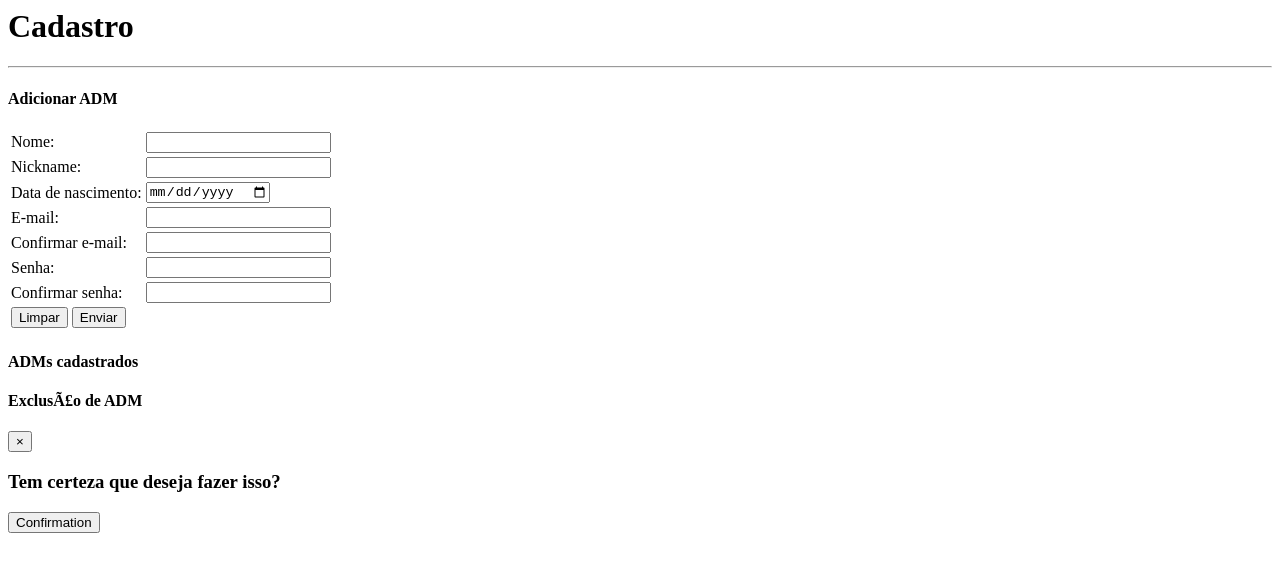
Repository: cavrau/workspaceTbog
Page: the Battle for Gondria/WebContent/system/admin/cadastro.html
The author's editor kept a copy of each file at every save. The page is drawn from the files as they stood at one save, then again after the next save.
The browser window is 1280 px wide. The pictures show the whole page.

Above is the page before, as saved 2018-08-18 17:07:38.

### the Battle for Gondria/WebContent/system/admin/cadastro.html
<h1 class="h1_content">Cadastro</h1>
<hr id="hr_cadastro">
<div>

	<div id="form_content">

		<h4 class="h4_form">Adicionar ADM</h4>

		<form action="post" id="cadastraForm">
			<table id="table_form">
				<tbody>

					<tr>
						<td><label for="txt_nome">Nome:</label></td>
						<td  data-toggle="popover" data-content="Insira o nome"
							data-trigger="focus" ><input type="text" name="txt_nome" id="nome"
							minlength="6" maxlength="45" value=""></td>
					</tr>

					<tr>
						<td><label for="txt_nick">Nickname:</label></td>
						<td><input data-toggle="popover"
							data-content="Insira o nickname" data-trigger="focus" type="text"
							name="txt_nick" id="nickname" minlength="6" maxlength="16"
							value=""></td>
					</tr>

					<tr>
						<td><label for="date_nascimento">Data de nascimento:</label>
						</td>
						<td><input data-toggle="popover"
							data-content="Insira a data de nascimento" data-trigger="focus"
							type="date" value="" name="date_nascimento" id="nascimento">
						</td>
					</tr>

					<tr>
						<td><label>E-mail:</label></td>
						<td><input data-toggle="popover"
							data-content="Insira o e-mail" data-trigger="focus" type="text"
							id="email" name="txt_email" minlength="6" maxlength="80" value="">
						</td>
					</tr>

					<tr>
						<td><label>Confirmar e-mail:</label></td>
						<td><input data-toggle="popover"
							data-content="Confirme o e-mail" data-trigger="focus" type="text"
							id="confirmaEmail" name="txt_confirma" minlength="6"
							maxlength="80"></td>
					</tr>

					<tr>
						<td><label for="pwd_pass">Senha:</label></td>
						<td><input data-toggle="popover"
							data-content="Insira a senha" data-trigger="focus"
							type="password" name="pwd_pass" id="senha" minlength="6"
							maxlength="16" value=""></td>
					</tr>

					<tr>
						<td><label>Confirmar senha:</label></td>
						<td><input data-toggle="popover"
							data-content="Confirme a Senha" data-trigger="focus"
							type="password" id="confirmaSenha" minlength="6" maxlength="16">
						</td>
					</tr>

					<tr>
						<td colspan="2">
							<button type="reset" class="btn btn-secondary" name="btn_limpar">Limpar</button>
							<button type="button" onclick="validaCadastro()"class="btn btn-primary" name="btn_subimt">Enviar</button>
						</td>
					</tr>

				</tbody>
			</table>
		</form>

	</div>

	<div id="section_adms">
		<h4 class="h4_form">ADMs cadastrados</h4>
		<div id="table_cadastro"></div>
	</div>

</div>
<!-- INÃ�CIO MODAL - EXCLUÃ�R ADM -->
<div class="modal fade " id="exclui_adm" role="dialog">
	<div class="modal-dialog">

		<div class="modal-content">

			<div class="modal-header">
				<h4 class="modal-title">ExclusÃ£o de ADM</h4>
				<button type="button" class="close" data-dismiss="modal">&times;</button>
			</div>

			<div class="modal-body">
				<h3>Tem certeza que deseja fazer isso?</h3>
			</div>
			<div class="modal-footer" id="excluirUser">
				<button class="btn btn-large btn-primary">Confirmation</button>
			</div>
		</div>
	</div>
</div>
<!-- FIM MODAL - EXCLUÃ�R ADM -->

After the next save:
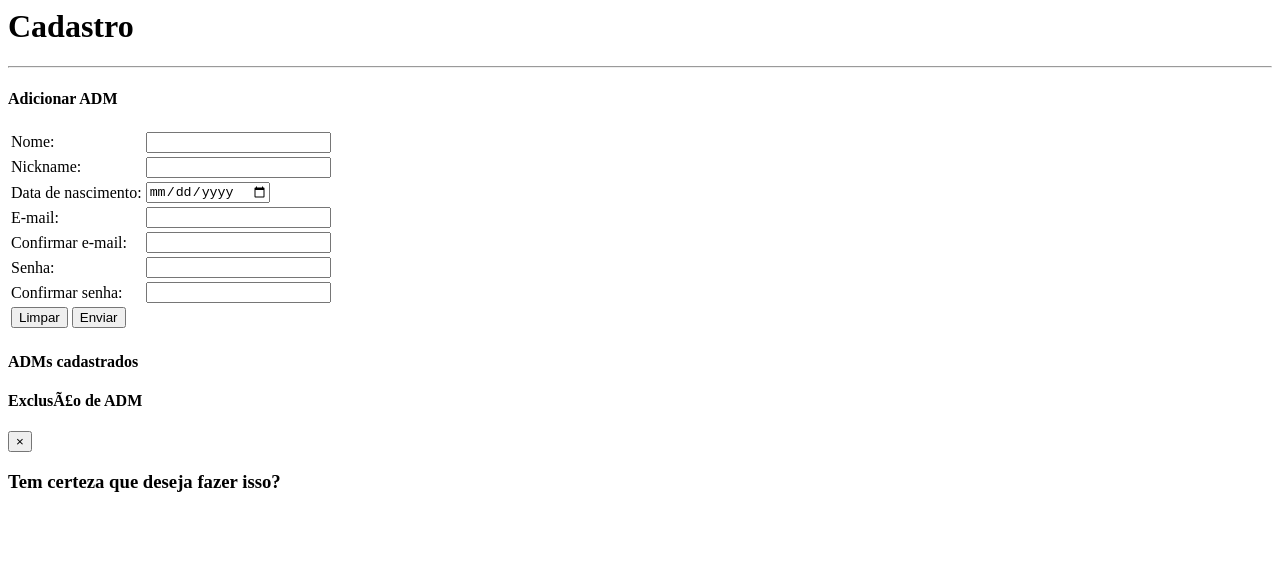
Saved 2 min 25 s later.
--- a/the Battle for Gondria/WebContent/system/admin/cadastro.html
+++ b/the Battle for Gondria/WebContent/system/admin/cadastro.html
@@ -100,7 +100,6 @@
 				<h3>Tem certeza que deseja fazer isso?</h3>
 			</div>
 			<div class="modal-footer" id="excluirUser">
-				<button class="btn btn-large btn-primary">Confirmation</button>
 			</div>
 		</div>
 	</div>
